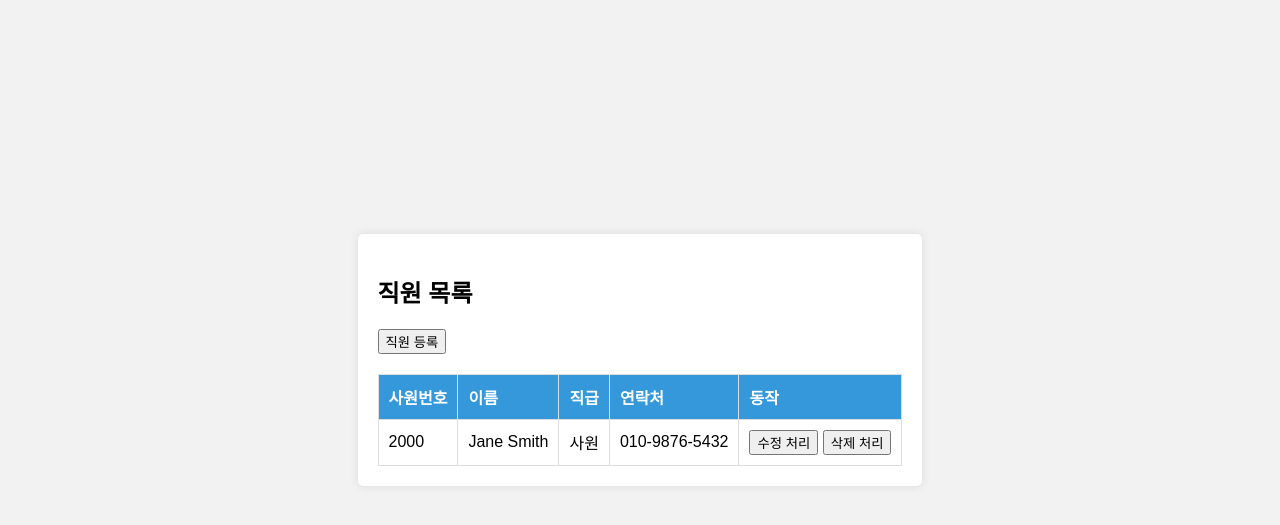
Repository: heyJSH/Study_java_web_sol
Page: http://localhost/jspweb_08/emplist.jsp
An editor plug-in stored every save of this project. The page is shown before and after the next save, followed by the edit.
The browser window is 1280 px wide. The pictures show the whole page.
The page is served by Tomcat 9. Queries for data that is not in the repository find no rows.

Above is the page before, as saved 2024-01-12 06:28:37.

After the next save:
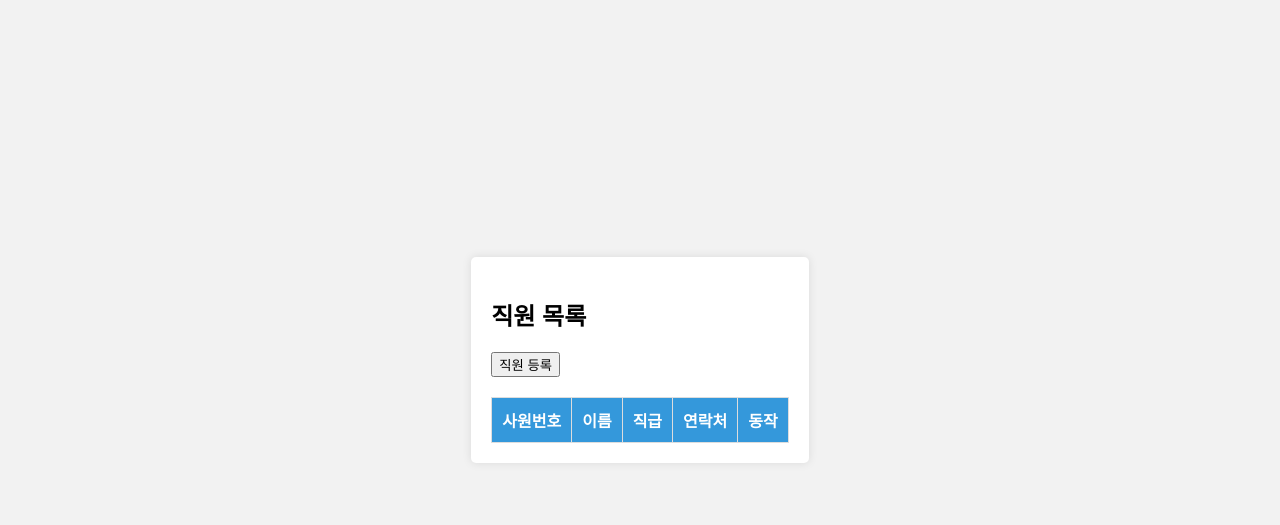
Saved 56 s later.
--- a/workspace_stsb/jspweb_08/src/main/webapp/emplist.jsp
+++ b/workspace_stsb/jspweb_08/src/main/webapp/emplist.jsp
@@ -119,7 +119,7 @@
                 <td>매니저</td>
                 <td>010-1234-5678</td>
                 <td><button onclick="handleButtonClick(0)">수정 처리</button> <!-- 버튼 추가 -->
-                <button onclick="handleButtonClick(0)">삭제 처리</button><!-- 버튼 추가 -->
+                	<button onclick="handleButtonClick(0)">삭제 처리</button><!-- 버튼 추가 -->
 
                 </td> <!-- 상세보기 버튼 추가 -->
             </tr>
@@ -127,16 +127,6 @@
             	}
             %>
             <tr>
-            <td>2000</td>
-                <td>Jane Smith</td>
-                <td>사원</td>
-                <td>010-9876-5432</td>
-                <td><button onclick="handleButtonClick(1)">수정 처리</button> <!-- 버튼 추가 -->
-                    <button onclick="handleButtonClick(1)">삭제 처리</button> <!-- 버튼 추가 -->
-
-                 <!-- 상세보기 버튼 추가 -->
-                </td>
-            </tr>
             <!-- 다른 직원들의 정보도 추가할 수 있습니다. -->
             </tbody>
         </table>
